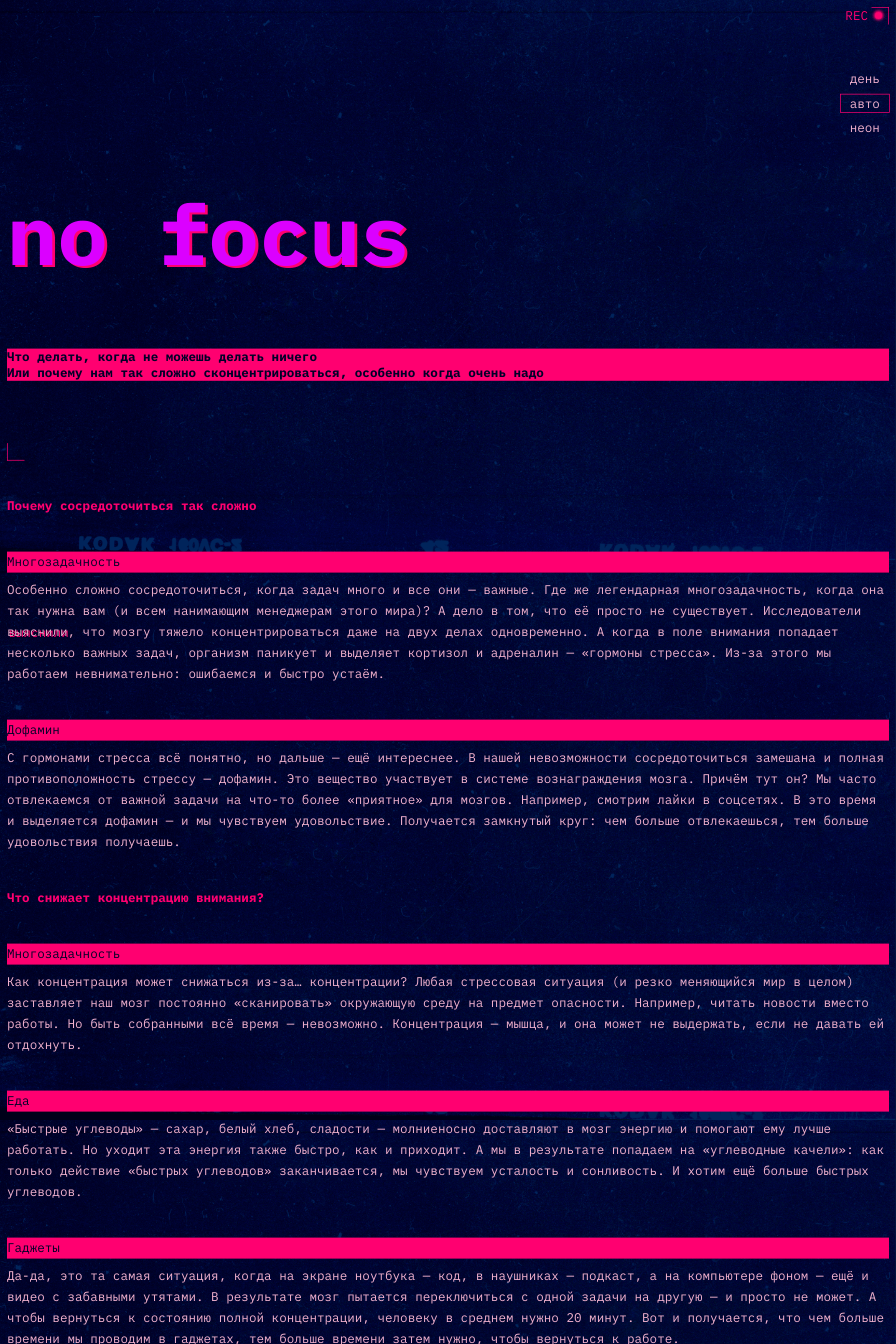
Repository: NikWolf75/slozhno-sosredotochitsya-fd
Page: index.html
An editor plug-in stored every save of this project. The page is shown before and after a run of saves, followed by the edit.
The browser window is 1280 px wide. The pictures show the part of the page from y = 0 to 1920 px (the page is 4727 px tall before and 4064 px after), at 70% of full size.
Backgrounds fixed to the window are drawn as part of the page.

Above is the page before, as saved 2025-02-27 12:29:40.

### index.html
<!DOCTYPE html>
<html lang="ru">
  <head>
    <meta charset="UTF-8" />
    <meta http-equiv="X-UA-Compatible" content="IE=edge" />
    <meta name="viewport" content="width=device-width, initial-scale=1.0" />
    <meta name="color-scheme" content="dark light" />
    <link rel="stylesheet" href="/fonts/fonts.css" />
    <link rel="stylesheet" href="/styles/globals.css" />
    <link rel="stylesheet" href="/styles/variables.css" />
    <link rel="stylesheet" href="/styles/style.css" />
    <link rel="stylesheet" href="/styles/dark.css" />
    <link rel="stylesheet" href="/styles/light.css" />
    <link rel="icon" href="image/favicon.ico" />
    <title>Сложно сосредоточиться</title>
    <script src="./scripts/script.js"></script>
  </head>
  <body class="page">
    <div class="rec_element" aria-hidden="true"></div>
    <header class="header decorated-zone">
      <nav class="header__theme-menu">
        <ul class="header__theme-menu-list">
          <li class="header__theme-menu-item">
            <button
              class="header__theme-menu-button header__theme-menu-button_type_light"
            >
              День
            </button>
          </li>
          <li class="header__theme-menu-item">
            <button
              class="header__theme-menu-button header__theme-menu-button_active header__theme-menu-button_type_auto"
              disabled
            >
              Авто
            </button>
          </li>
          <li class="header__theme-menu-item">
            <button
              class="header__theme-menu-button header__theme-menu-button_type_dark"
            >
              Неон
            </button>
          </li>
        </ul>
      </nav>
      <h1 class="header__title">no focus</h1>
      <div class="header__undertitle title-decor">
        <p>Что делать, когда не можешь делать ничего</p>
        <p>
          Или почему нам так сложно сконцентрироваться, особенно когда очень
          надо
        </p>
      </div>
    </header>
    <main class="content">
      <section class="content__section content__why">
        <h2 class="content__section-title"> Почему сосредоточиться так сложно
        </h2>
        <article class="content__section-text_block">
          <h3 class="content__section-text_block-undertitle title-decor">
            Многозадачность
          </h3>
          <p class="content__section-text_block-text">
            Особенно сложно сосредоточиться, когда задач много и все они —
            важные. Где же легендарная многозадачность, когда она так нужна вам
            (и всем нанимающим менеджерам этого мира)? А дело в том, что её
            просто не существует. Исследователи
            <a class="link-text" href="#0">выяснили</a>,
            что мозгу тяжело концентрироваться даже на двух делах одновременно.
            А когда в поле внимания попадает несколько важных задач, организм
            паникует и выделяет кортизол и адреналин — «гормоны стресса».
            Из-за этого мы работаем невнимательно: ошибаемся и быстро устаём.
          </p>
        </article>
        <article class="content__section-text_block">
          <h3 class="content__section-text_block-undertitle title-decor">
            Дофамин
          </h3>
          <p class="content__section-text_block-text">
            С гормонами стресса всё понятно, но дальше — ещё интереснее. В нашей
            невозможности сосредоточиться замешана и полная противоположность
            стрессу — дофамин. Это вещество участвует в системе вознаграждения
            мозга. Причём тут он? Мы часто отвлекаемся от важной задачи на
            что-то более «приятное» для мозгов. Например, смотрим лайки в
            соцсетях. В это время и выделяется дофамин — и мы чувствуем
            удовольствие. Получается замкнутый круг: чем больше отвлекаешься,
            тем больше удовольствия получаешь.
          </p>
        </article>
      </section>
      <section class="content__section content__what">
        <h2 class="content__section-title">
          Что снижает концентрацию внимания?
        </h2>
        <article class="content__section-text_block">
          <h3 class="content__section-text_block-undertitle title-decor">
            Многозадачность
          </h3>
          <p class="content__section-item-text">
            Как концентрация может снижаться из-за… концентрации? Любая
            стрессовая ситуация (и резко меняющийся мир в целом) заставляет наш
            мозг постоянно «сканировать» окружающую среду на предмет опасности.
            Например, читать новости вместо работы. Но быть собранными всё время
            — невозможно. Концентрация — мышца, и она может не выдержать, если
            не давать ей отдохнуть.
          </p>
        </article>
        <article class="content__section-text_block">
          <h3 class="content__section-text_block-undertitle title-decor">
            Еда
          </h3>
          <p class="content__section-text_block-text">
            «Быстрые углеводы» — сахар, белый хлеб, сладости — молниеносно
            доставляют в мозг энергию и помогают ему лучше работать. Но уходит
            эта энергия также быстро, как и приходит. А мы в результате попадаем
            на «углеводные качели»: как только действие «быстрых углеводов»
            заканчивается, мы чувствуем усталость и сонливость. И хотим ещё
            больше быстрых углеводов.
          </p>
        </article>
        <article class="content__section-text_block">
          <h3 class="content__section-text_block-undertitle title-decor">
            Гаджеты
          </h3>
          <p class="content__section-text_block-text">
            Да-да, это та самая ситуация, когда на экране ноутбука — код, в
            наушниках — подкаст, а на компьютере фоном — ещё и видео с забавными
            утятами. В результате мозг пытается переключиться с одной задачи на
            другую — и просто не может. А чтобы вернуться к состоянию полной
            концентрации, человеку в среднем нужно 20 минут. Вот и получается,
            что чем больше времени мы проводим в гаджетах, тем больше времени
            затем нужно, чтобы вернуться к работе.
          </p>
        </article>
      </section>
      <section class="content__section content_how">
        <h2 class="content__section-title">
          Как концентрироваться лучше, чем золотая рыбка (то есть дольше трёх
          секунд)
        </h2>
        <article class="content__section-text_block">
          <h3
            class="content__section-text_block-undertitle tips-undertitle title-decor"
          >
            5 простых (на самом деле не очень) советов
          </h3>
          <h4 class="content__section-text_block-undertitle title-decor">
            Представьте небо и облака
          </h4>
          <p class="content__section-text_block-text">
            Или листья в ручье. Тут дело в лёгкой медитации, которая помогает
            успокоиться. Ведь часто именно тревожные мысли о сложных задачах как
            раз и мешают эти сложные задачи делать. В такие моменты можно
            закрыть глаза и представить, что чистое небо — это вы, а облака —
            тревожные мысли. И сколько бы их ни было — ясное небо всегда будет
            где-то там, за тучами, и никуда не денется. Это упражнение поможет
            вернуться в настоящий момент, а не волноваться о потенциальных
            проблемах из будущего.
          </p>
        </article>
        <article class="content__section-text_block">
          <h4 class="content__section-text_block-undertitle title-decor">
            Включите музыку
          </h4>
          <p class="content__section-text_block-text">
            Но не любую, и не любимую. Любимая может быть связана с сильными
            положительными эмоциями, которые тоже очень сильно отвлекают.
            Подойдёт тихая, спокойная, умеренно-ритмичная. Можно вообще
            попробовать включить плейлист с «белым шумом» или нейромузыкой.
          </p>
        </article>
        <article class="content__section-text_block">
          <h4 class="content__section-text_block-undertitle title-decor">
            Прогуляйтесь
          </h4>
          <p class="content__section-text_block-text">
            Или даже пробегитесь. Лучше найти парк или лес: один эксперимент
            <a class="link-text" href="#0">показал</a>, что созерцание природы повышает концентрацию, в то время
            как после просмотра городских пейзажей она наоборот понижается.
            Можно совместить прогулку с физическими упражнениями или бегом — так
            в мозг поступит ещё больше кислорода и он будет лучше работать. Но и
            простая двадцатиминутная прогулка — тоже отличный вариант.
          </p>
        </article>
        <article class="content__section-text_block">
          <h4 class="content__section-text_block-undertitle title-decor">
            Хорошо ешьте
          </h4>
          <p class="content__section-text_block-text">
            Мы — не ваша бабушка, но это правда важно. Выбирайте продукты,
            которые препятствуют резким скачкам сахара в крови. Например, с
            высоким содержанием клетчатки: овощи, ягоды, бобовые (нут, чечевица,
            фасоль), коричневый рис, хлеб из цельнозерновой пшеницы.
          </p>
        </article>
        <article class="content__section-text_block">
          <h4 class="content__section-text_block-undertitle title-decor">
            Читайте
          </h4>
          <p class="content__section-text_block-text">
            Настоящие бумажные книги. Это правда помогает с концентрацией: чтобы
            прочитать пост в соцсети, достаточно нескольких минут или даже
            секунд. А вот интересная книга способна затянуть и на несколько
            часов и круто тренирует направленное внимание.
          </p>
        </article>
      </section>
      <section class="content__section content__gallery">
        <h2 class="content__section-text_block-undertitle title-decor">
          А можно в картинках?
        </h2>
        <div class="content__section-images_gallery">
          <img
            class="content__section-image"
            src="./images/sunset.png"
            alt="Вид острова на закате"
            loading="lazy"
          />
          <img
            class="content__section-image"
            src="./images/ice-cream.png"
            alt="Чаша с мороженным"
            loading="lazy"
          />
          <img
            class="content__section-image"
            src="./images/tape.png"
            alt="Кассета"
            loading="lazy"
          />
          <img
            class="content__section-image"
            src="./images/books.png"
            alt="Стопка книг"
            loading="lazy"
          />
          <img
            class="content__section-image"
            src="./images/street.png"
            alt="Улица"
            loading="lazy"
          />
        </div>
      </section>
    </main>
    <footer class="footer decorated-zone">
      <h2 class="footer__title">focus</h2>
    </footer>
  </body>
</html>

### styles/variables.css
:root {
  --title-color: #ff0070;
  --main-font: 'IBM Plex mono';
  --main-font-size: 18px;
  --title-font-weight: 700;
  --text-font-weight: 400;
  --main-padding-small: 10px;
}

### styles/style.css
.page {
  font-family: var(--main-font, 'IBM Plex mono');
  font-size: var(--main-font-size, 18px);
  block-size: min-content;
  position: relative;
  font-weight: 400;
  background-color: var(--main-background-color, #000028 );
  background-image: var(--main-background-image, url("../images/cover-image-dark.png"));
  background-repeat: no-repeat;
  background-attachment: fixed;
  background-position: center;
  background-size: cover;
  color: var(--main-font-color, #F1B2CE);
 }

.decorated-zone {
  position: relative;
}

.decorated-zone::after,
.decorated-zone::before {
  position: absolute;
  inline-size: 25px;
  block-size: 25px;
  content: "";
  border: 1px solid var(--corner-color);
}

.decorated-zone::after {
  bottom: 10px;
  left: 10px;
  border-bottom: 1px solid var(--rectangle-color, #ff0070);
  border-left: 1px solid var(--rectangle-color, #ff0070);
}

.decorated-zone::before {
  top: 10px;
  right: 10px;
  border-top: 1px solid var(--rectangle-color, #ff0070);
  border-right: 1px solid var(--rectangle-color, #ff0070);
}

.rec_element {
  position: absolute;
  display: flex;
  align-items: center;
  justify-content: center;
  top: 10px;
  right: 20px;
  color: var(--rec-theme-color, #ff0070);
  gap: 10px;
}

.rec_element:before {
  content: "REC";
}

.rec_element:after {
  display: block;
  content: "";
  border-radius: 50%;
  background: var(--accent-color, #ff0070);
  width: 10px;
  height: 10px;
  box-shadow: 0 0 4px 2px var(--accent-color, #ff0070)
}

.header {
  display: grid;
  grid-template-columns: 1fr;
  grid-template-rows: 1fr min-content 1fr;
  align-items: center;
  position: relative;
  block-size: min(668px, 100vh);
  padding: var(--main-padding-small, 10px);
  margin-block-end: 40px;
 }

.header__theme-menu-list {
  display: flex;
  flex-direction: column;
  align-items: end;
  block-size: 100%;
  row-gap: 10px;
}

.header__theme-menu-button {
  text-align: center;
  background: transparent;
  color: var(--button-text-color);
  border: none;
  text-transform: lowercase;
  padding-right: 13px;
  padding-left: 13px;
}

.header__theme-menu-bitton:hover {
  outline: 1px solid var(--button-outline-color)
}

.header__theme-menu-button_active {
  outline: 1px solid var(--button-theme-color, #ff0070);
}

.header__theme-menu-button:focus {
  outline: none;
  text-decoration: underline;
}

.header__title {
  font-size: clamp(7.25rem, 7.0115rem + 1.0178vw, 7.5rem);
  line-height: 83%;
  color: var(--accent-color-title, #db00ff);
  text-shadow: 4px 4px 0 var(--accent-color, #ff0070);
  cursor: default;
}

.header__undertitle {
  font-size: var(--main-font), monospace;
  font-weight: var(--title-font-weight, 700);
  border-bottom: none;
  border-left: none;
}

.title-decor {
  color: var(--undertitle-color, #000028);
  background-color: var(--title-color, #ff0070);
}

.content {
  display: grid;
  padding: 0 var(--main-padding-small, 10px);
  grid-template-columns: 1fr;
  gap: 50px;
}

.content__section {
  display: grid;
  grid-template-columns: 1fr;
  row-gap: 50px;
  line-height: 30px;
}

.content__section-title {
  justify-self: start;
  color: var(--title-color, #ff0070);
}

.content__section-text_block-undertitle,
.content__section-title {
  font-size: var(--main-font-size, 18px);
  font-weight: var(--title-font-weight, 700);
}

.content__section-text_block-undertitle {
  margin-block-end: 10px;
  height: min-content;
}

.content__section-text_block-text {
  font-weight: var(--text-font-weight, 400);
}

.link-text {
  text-decoration: none;
  text-shadow: 2px 1px var(--accent-color, #ff0070);
}

.link-text:hover {
  cursor: pointer;
  border-block-end: 1px solid currentColor;
}

.link-text:focus-visible {
  border: 1px solid currentColor;
}

.content_how .tips-undertitle {
  font-weight: var(--title-font-weight, 700);
  margin-block-end: 20px;
}

.content__how,
.content__section-text_block-undertitle {
  font-weight: 400;
}

.content__section-text_block p:not(:nth-of-type(1)) {
  margin-block-start: 20px;
}

.content__gallery {
  gap: 0;
}

.content__section-images_gallery {
  display: grid;
  grid-template-columns: repeat(auto-fill, minmax(355px, 1fr));
  gap: 10px;
  inline-size: 100%;
}

.content__section-image {
  inline-size: 100%;
  object-fit: cover;
  block-size: 100%;
}

.footer {
  position: relative;
  display: grid;
  block-size: 100vh;
  min-block-size: 668px;
  grid-template-columns: 1fr;
  margin-block-start: 32px;
}

.footer__title {
  font-size: var(--title-font-size-small, clamp(7.25rem, 7.0115rem + 1.0178vw, 7.5rem));
  font-weight: var(--title-font-weight, 700);
  line-height: 95.7%;
  align-self: center;
  cursor: default;
  color: var(--accent-color-title, #db00ff);
  text-shadow: 2px 2px 0 var(--accent-color, #ff0070);
  justify-self: center;

}

### scripts/script.js
(function initTheme() {
  const theme = localStorage.getItem('theme');
  if (theme) {
    setTheme(theme);
  }
})();

document.addEventListener('DOMContentLoaded', () => {
  const currentTheme = [...document.documentElement.classList]
    .find((cn) => cn.startsWith('theme-'))
    ?.replace('theme-', '');
  const themeButtons = [
    ...document.querySelectorAll('.header__theme-menu-button'),
  ];
  setActiveButton(themeButtons, currentTheme);

  themeButtons.forEach((button) => {
    button.addEventListener('click', () => {
      const chosenTheme = [...button.classList]
        .find((cn) => cn.includes('_type_'))
        .split('_type_')[1];
      setTheme(chosenTheme);
      setActiveButton(themeButtons, chosenTheme);
    });
  });
});

function setTheme(theme) {
  document.documentElement.className = '';
  document.documentElement.classList.add(`theme-${theme}`);
  localStorage.setItem('theme', theme);
}

function setActiveButton(buttonsArray, theme) {
  buttonsArray.forEach((button) => {
    button.classList.remove('header__theme-menu-button_active');
    button.removeAttribute('disabled');
  });
  const target = buttonsArray.find((button) =>
    button.classList.contains(`header__theme-menu-button_type_${theme}`)
  );
  if (target) {
    target.classList.add('header__theme-menu-button_active');
    target.setAttribute('disabled', true);
  } else {
    const autoButton = document.querySelector(
      '.header__theme-menu-button_type_auto'
    );
    autoButton.classList.add('header__theme-menu-button_active');
    autoButton.setAttribute('disabled', true);
  }
}

Loaded but not shown: fonts/fonts.css (common file); styles/globals.css (common file); styles/dark.css (common file); styles/light.css (common file)

After the next 2 saves:
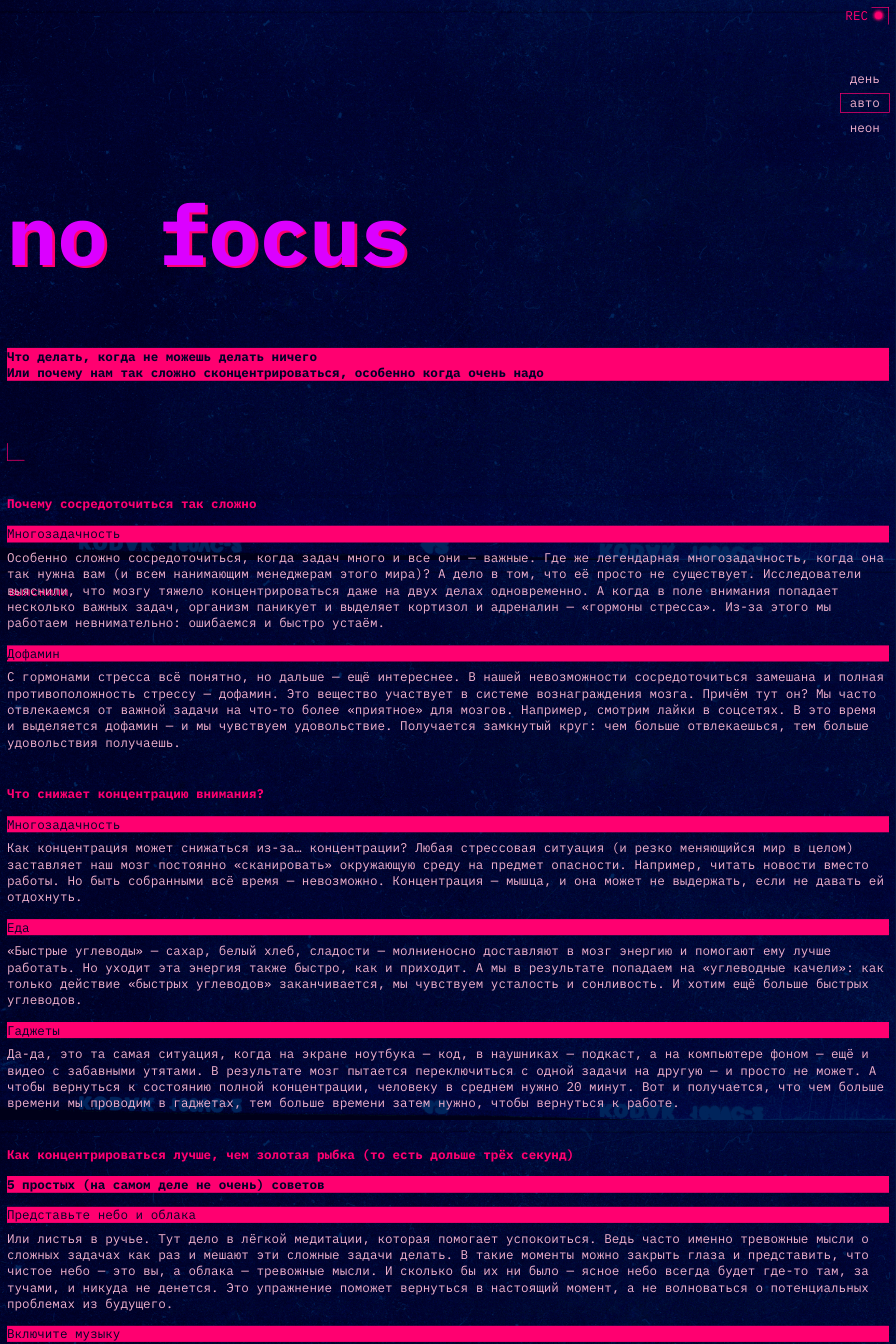
The 2 saves are shown as one change because they came seconds apart.
The last was saved 46 s later.
--- a/styles/style.css
+++ b/styles/style.css
@@ -10,6 +10,7 @@
   background-attachment: fixed;
   background-position: center;
   background-size: cover;
+  line-height: 1.3em;
   color: var(--main-font-color, #F1B2CE);
  }
 
@@ -137,8 +138,7 @@
 .content__section {
   display: grid;
   grid-template-columns: 1fr;
-  row-gap: 50px;
-  line-height: 30px;
+  row-gap: 20px;
 }
 
 .content__section-title {
